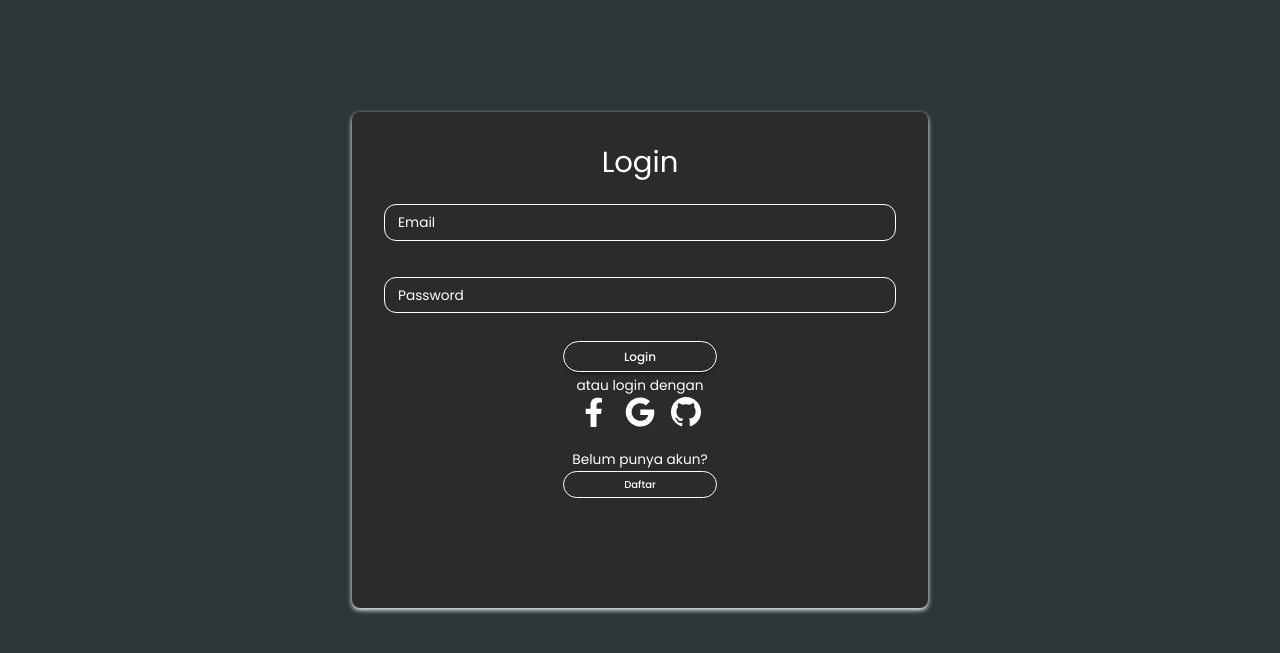
Repository: IzzaSuni/Izza-ToDo
Page: /login
The author's editor kept a copy of each file at every save. The page is drawn from the files as they stood at one save, then again after the next save.
The browser window is 1280 px wide. The pictures show the whole page.
The project was rebuilt for these pictures with package versions that can differ from the ones it lists, and the page was loaded fresh each time. Also part of the build but not shown: src/App.css, src/services.js, src/utils/Query.js, src/utils/isLogin.js, src/components/List.js, src/components/Filter.js, src/components/ohayo.js, src/components/navbar.js and 2 more.

Above is the page before, as saved 2022-08-19 20:40:33.

After the next save:
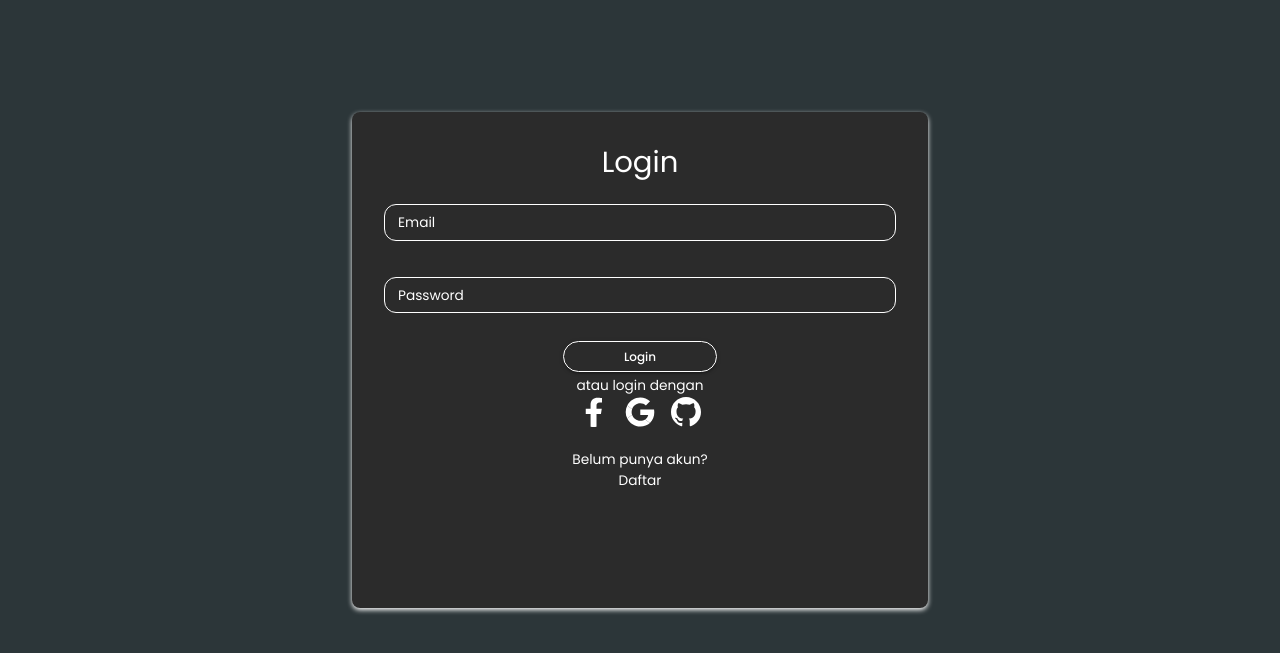
Saved 84 s later.
--- a/src/components/Login.js
+++ b/src/components/Login.js
@@ -162,7 +162,7 @@ export default function Login(prop) {
                 <Typography id="helperPass" />
               </Box>
             </Box>
-            <Box display="flex" justifyContent={"center"} pb={0.5} >
+            <Box display="flex" justifyContent={"center"} pb={0.5}>
               <Input
                 type={"buttonLoading"}
                 loading={loading}
@@ -174,20 +174,19 @@ export default function Login(prop) {
             <Box>
               <Typography textAlign={"center"}>atau login dengan</Typography>
             </Box>
-            <Box display="inline-flex" justifyContent={"center"} width='100%' pb={2}>
+            <Box
+              display="inline-flex"
+              justifyContent={"center"}
+              width="100%"
+              pb={2}
+            >
               <Img src="/facebook.svg" px={"8px"} />
               <Img src="/google.svg" px={"8px"} />
               <Img src="/Github.svg" px={"8px"} />
             </Box>
             <Typography textAlign={"center"}>Belum punya akun?</Typography>
             <Box display="flex" justifyContent={"center"}>
-              <Input
-                type={"buttonCustom"}
-                loading={loading}
-                className={{ width: "30%" }}
-              >
-                Daftar
-              </Input>
+              <Typography>Daftar</Typography>
             </Box>
           </form>
         </Box>
